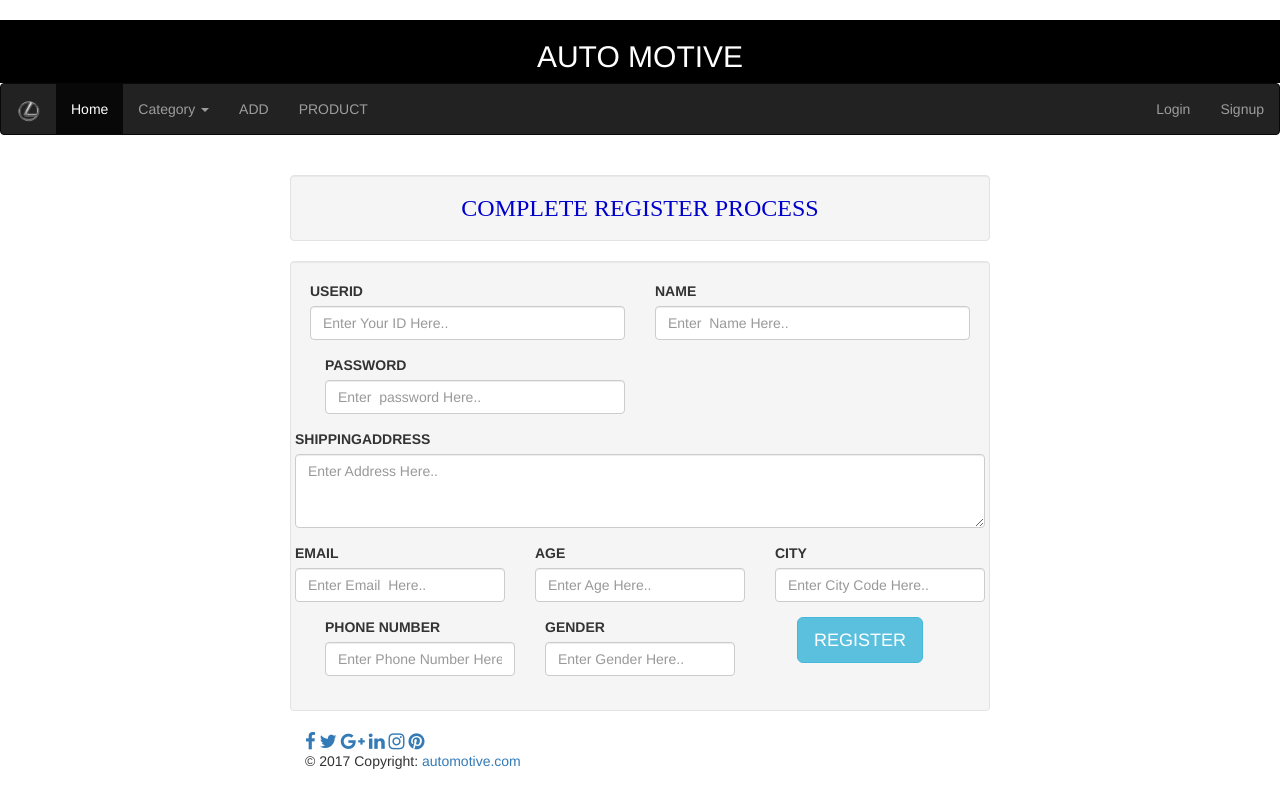
Repository: kavintech/DTProject
Page: http://localhost/Ecommerce_frontend/WEB-INF/views/registerpage.jsp
The author's editor kept a copy of each file at every save. The page is drawn from the files as they stood at one save, then again after the next save.
The browser window is 1280 px wide. The pictures show the whole page.
Some web libraries are served in a nearby version. The page is served by Tomcat 9. Nobody is signed in. The template is opened directly, without the code that normally fills it, so the values that code supplies are empty.

Above is the page before, as saved 2017-11-27 07:27:06.

After the next save:
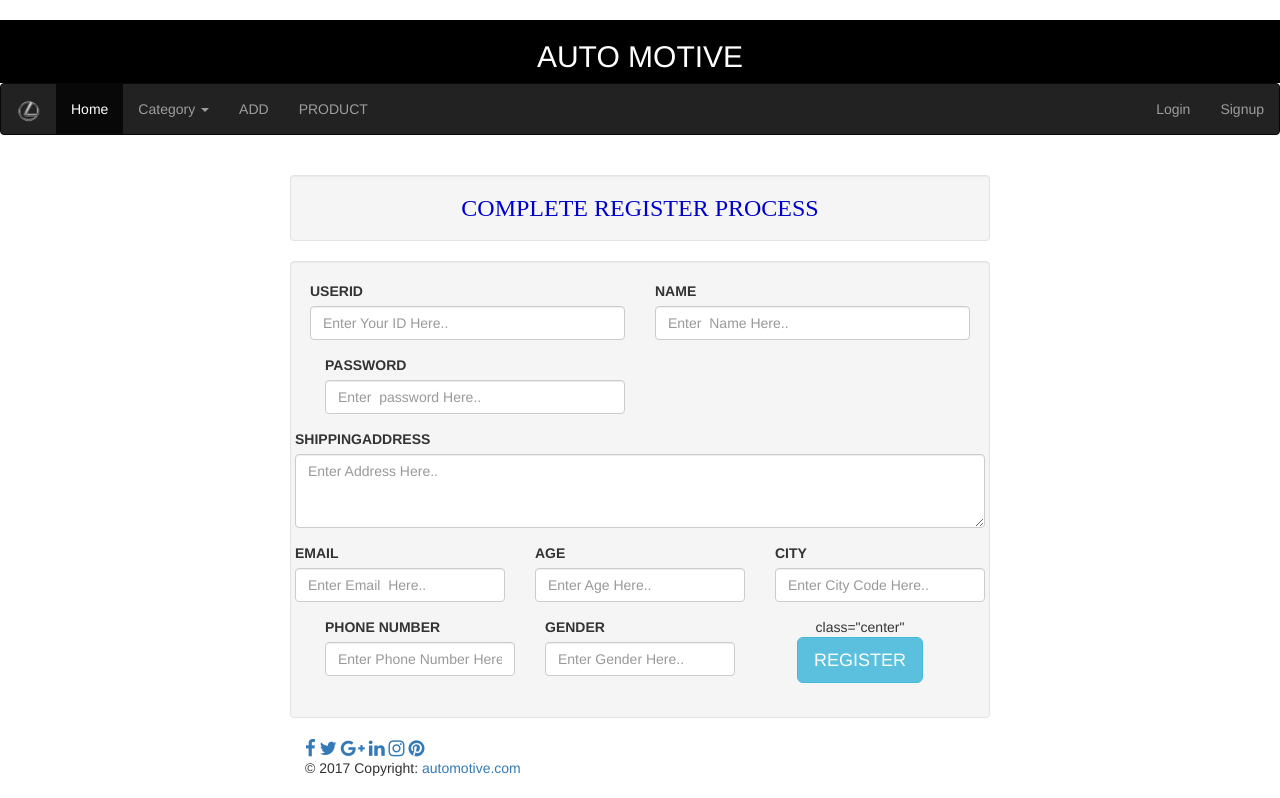
Saved 104 s later.
--- a/Ecommerce_frontend/src/main/webapp/WEB-INF/views/registerpage.jsp
+++ b/Ecommerce_frontend/src/main/webapp/WEB-INF/views/registerpage.jsp
@@ -79,6 +79,7 @@
 					</div>
 
 					<center>
+					<div> class="center"</div>
 					<input type="submit" class="btn btn-lg btn-info" value="REGISTER"></input>	</center>
 					</div>
 				</form>

After the save that followed:
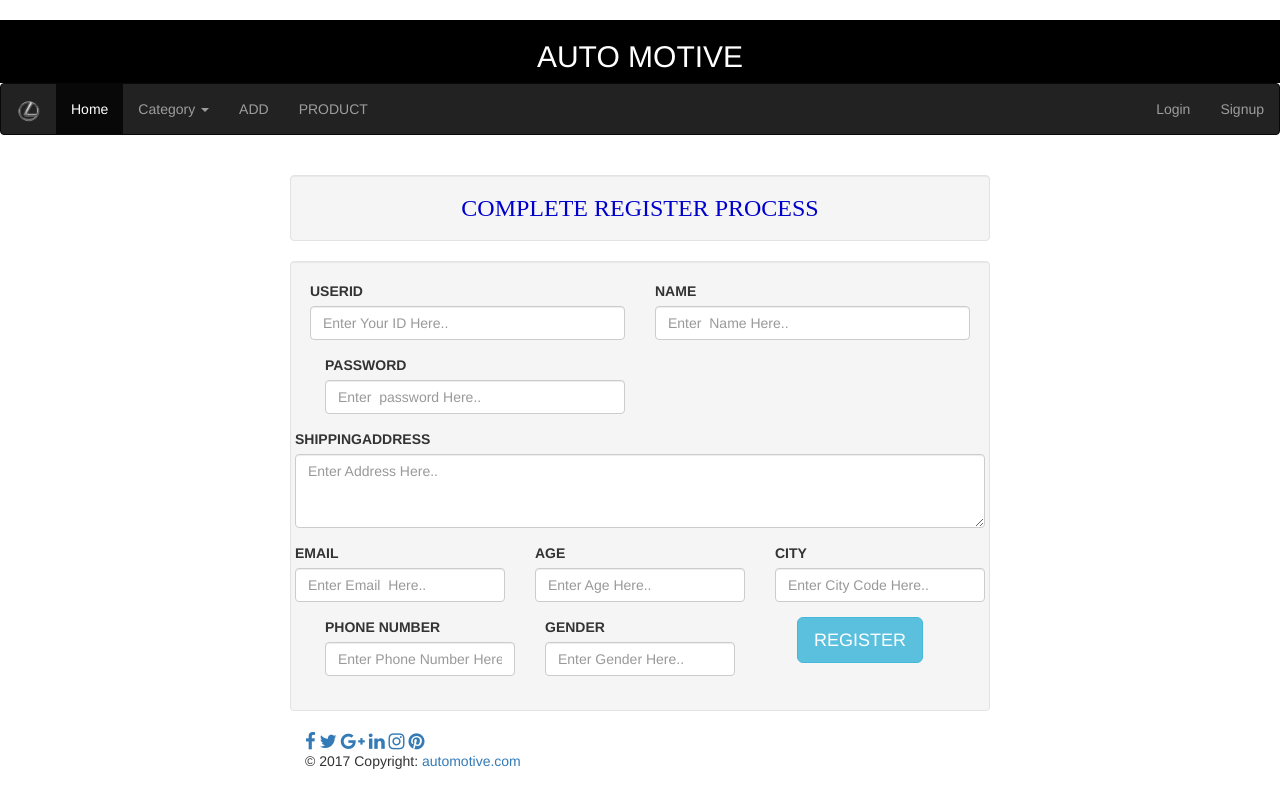
Saved 17 s later.
--- a/Ecommerce_frontend/src/main/webapp/WEB-INF/views/registerpage.jsp
+++ b/Ecommerce_frontend/src/main/webapp/WEB-INF/views/registerpage.jsp
@@ -79,7 +79,7 @@
 					</div>
 
 					<center>
-					<div> class="center"</div>
+					<div class="center"></div>
 					<input type="submit" class="btn btn-lg btn-info" value="REGISTER"></input>	</center>
 					</div>
 				</form>
